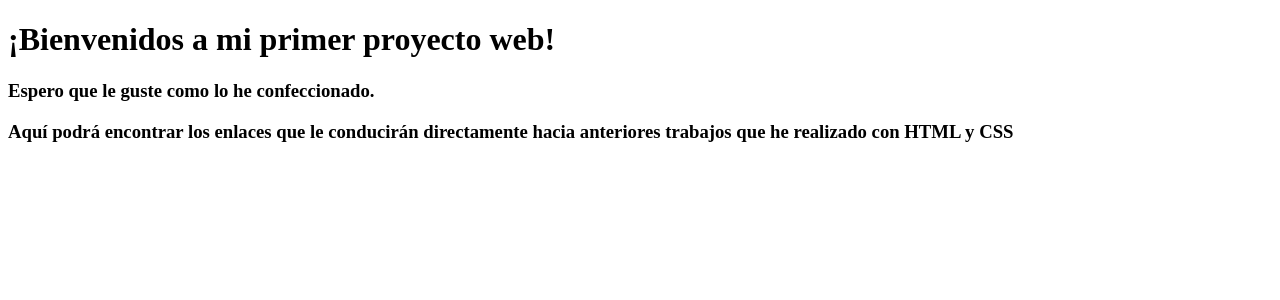
Repository: Pablosky971/Ejercicio-4.-Proyecto-Web
Page: Ejercicio4/src/main/webapp/WEB-INF/index.html
The author's editor kept a copy of each file at every save. The page is drawn from the files as they stood at one save, then again after the next save.
The browser window is 1280 px wide. The pictures show the whole page.

Above is the page before, as saved 2022-03-09 12:03:48.

After the next save:
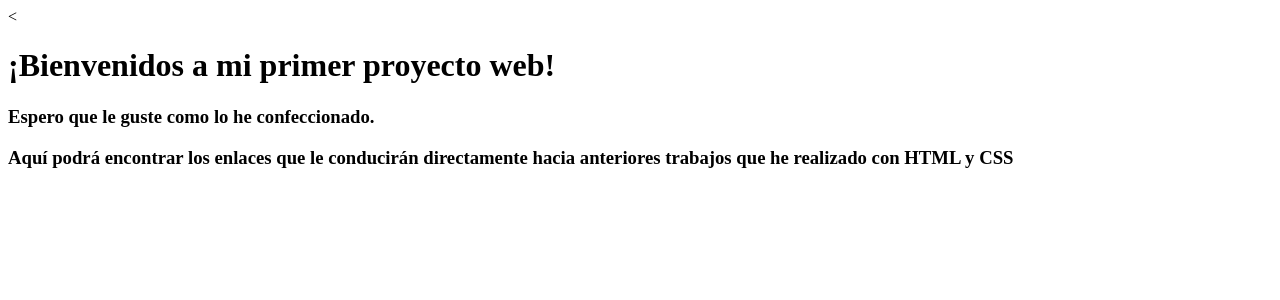
Saved 58 s later.
--- a/Ejercicio4/src/main/webapp/WEB-INF/index.html
+++ b/Ejercicio4/src/main/webapp/WEB-INF/index.html
@@ -3,6 +3,7 @@
 <head>
 <meta charset="UTF-8">
 <title>Presentación</title>
+<
 </head>
 <body>
 	<header>

After the save that followed:
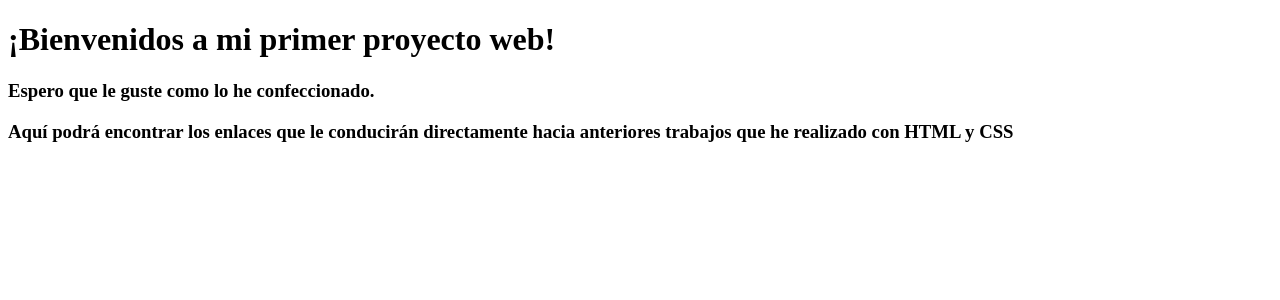
Saved 2 s later.
--- a/Ejercicio4/src/main/webapp/WEB-INF/index.html
+++ b/Ejercicio4/src/main/webapp/WEB-INF/index.html
@@ -3,7 +3,7 @@
 <head>
 <meta charset="UTF-8">
 <title>Presentación</title>
-<
+<link
 </head>
 <body>
 	<header>
